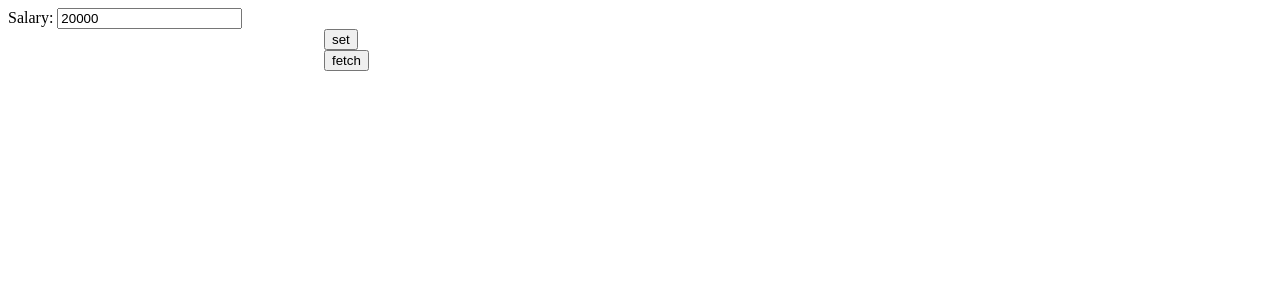
Repository: poobalan5397/corejava
Page: firstWebsite/src/main/webapp/CookiesDemo.html
The author's editor kept a copy of each file at every save. The page is drawn from the files as they stood at one save, then again after the next save.
The browser window is 1280 px wide. The pictures show the whole page.

Above is the page before, as saved 2022-05-25 09:38:45.

### firstWebsite/src/main/webapp/CookiesDemo.html
<!DOCTYPE html>
<html>
<head>
<meta charset="ISO-8859-1">
<title>Global State</title>
</head>
<body>
<form action="/firstWebsite/GlobalState?department=id&city=madurai" method="post">
<div>
<div>
<label for='salary' >Salary:</label>
<input type=text name='salary' id='salary' value="20000"/>
</div>
<div style="width:50%; margin:0 auto">
<input type="hidden" value="50000" name="bonus" id="bonus"/>
<!--  -->
</div>
<div style="width:50%; margin:0 auto">
<input type="submit" value="set" name="submit">
</div>
<div style="width:50%; margin:0 auto">
<input type="submit" value="fetch" name="submit">
</div>
</div>
</form>
</body>
</html>

After the next save:
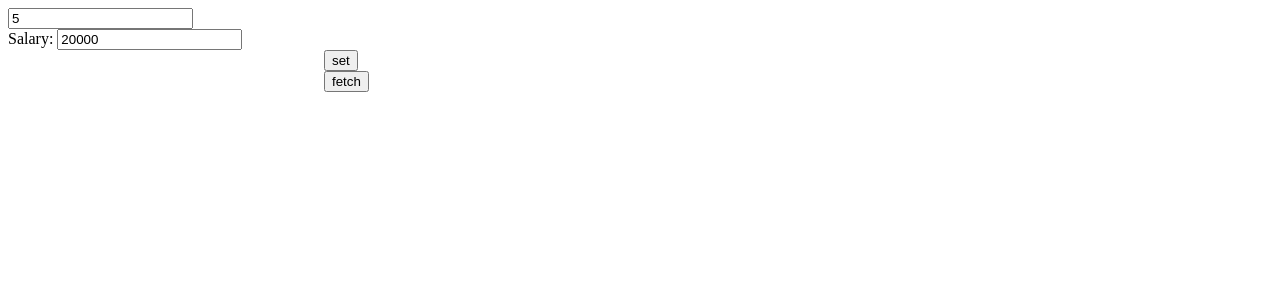
Saved 3 min 7 s later.
--- a/firstWebsite/src/main/webapp/CookiesDemo.html
+++ b/firstWebsite/src/main/webapp/CookiesDemo.html
@@ -5,11 +5,15 @@
 <title>Global State</title>
 </head>
 <body>
+<div>
+<input type=text name='salary' id='salary' value="5"/>
+</div>
 <form action="/firstWebsite/GlobalState?department=id&city=madurai" method="post">
 <div>
 <div>
 <label for='salary' >Salary:</label>
 <input type=text name='salary' id='salary' value="20000"/>
+<!--  -->
 </div>
 <div style="width:50%; margin:0 auto">
 <input type="hidden" value="50000" name="bonus" id="bonus"/>
